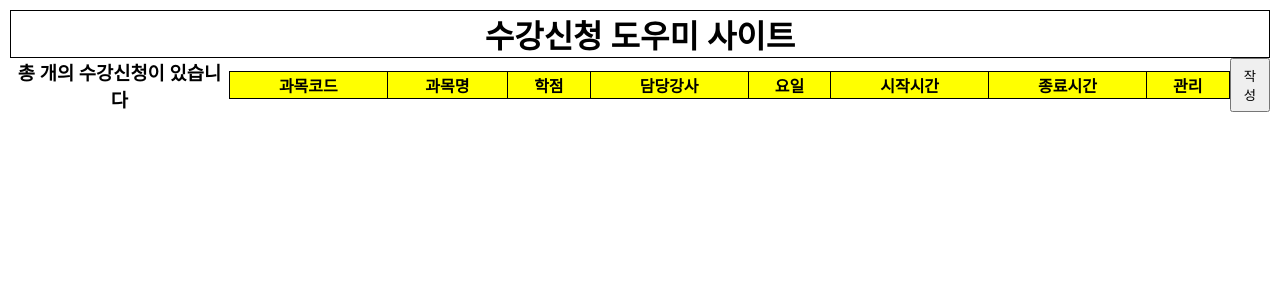
Repository: Tor1a/SpringSet
Page: http://localhost/practice02/WEB-INF/views/home.jsp
An editor plug-in stored every save of this project. The page is shown before and after the next save, followed by the edit.
The browser window is 1280 px wide. The pictures show the whole page.
The page is served by Tomcat 9. Nobody is signed in. The template is opened directly, without the code that normally fills it, so the values that code supplies are empty.

Above is the page before, as saved 2022-04-14 08:46:17.

After the next save:
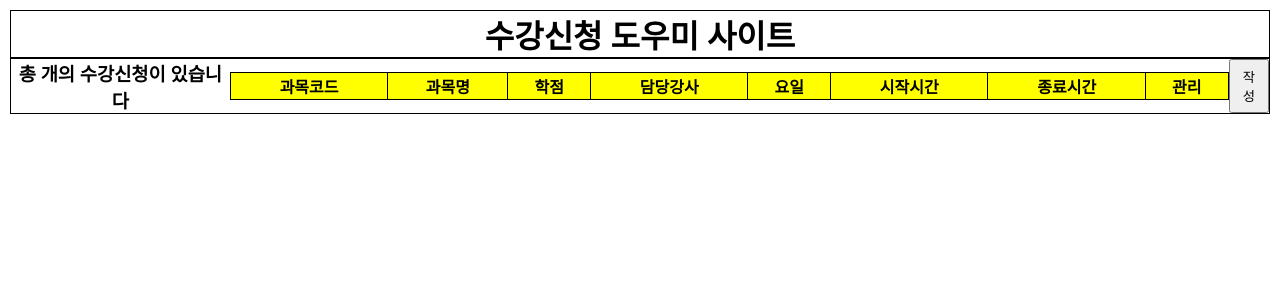
Saved 18 s later.
--- a/practice02/src/main/webapp/resources/css/home.css
+++ b/practice02/src/main/webapp/resources/css/home.css
@@ -10,7 +10,7 @@ body{width: auto; hight: auto;}
 
 #wrapper {   border: 1px solid balck; padding: 10px 10px 10px 10px; }
 
-#content {display:flex; }
+#content {display:flex; justify-content: center; border: 1px solid black;}
 
 .liTb {margin: auto; border-collapse: collapse; border: 1px solid black; width: 80%;}
 
